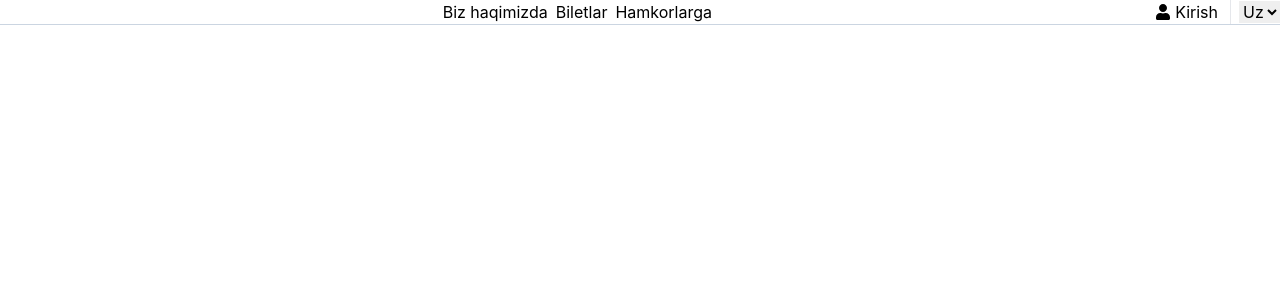
Repository: ziyodbek0300/avia-sales_
Page: /
An editor plug-in stored every save of this project. The page is shown before and after the next save, followed by the edit.
The browser window is 1280 px wide. The pictures show the whole page.
The project was rebuilt for these pictures with package versions that can differ from the ones it lists, and the page was loaded fresh each time.

Above is the page before, as saved 2022-06-01 23:57:20.

After the next save:
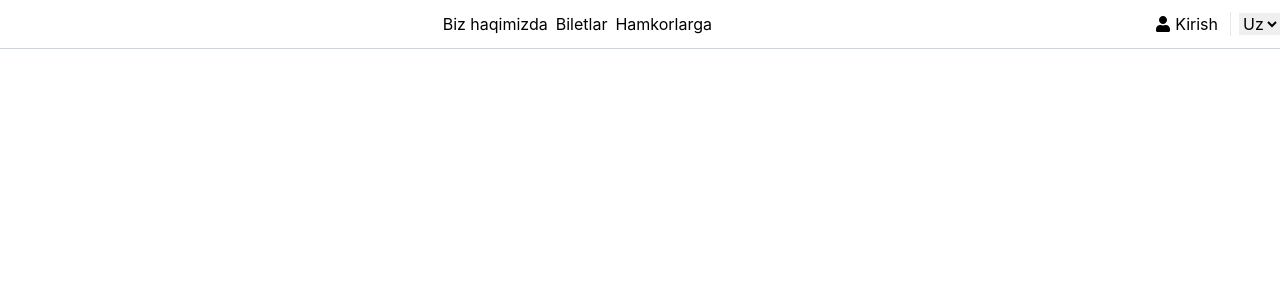
Saved 41 s later.
--- a/src/components/navbar/Navbar.jsx
+++ b/src/components/navbar/Navbar.jsx
@@ -3,7 +3,7 @@
 
 function Navbar() {
     return (
-        <div className='border-b border-b-slate-300'>
+        <div className='border-b border-b-slate-300 py-3'>
             <nav className=' flex justify-between items-center max-w-7xl mx-auto'>
                 <div className="logo"></div>
                 <ul className='flex gap-2'>
